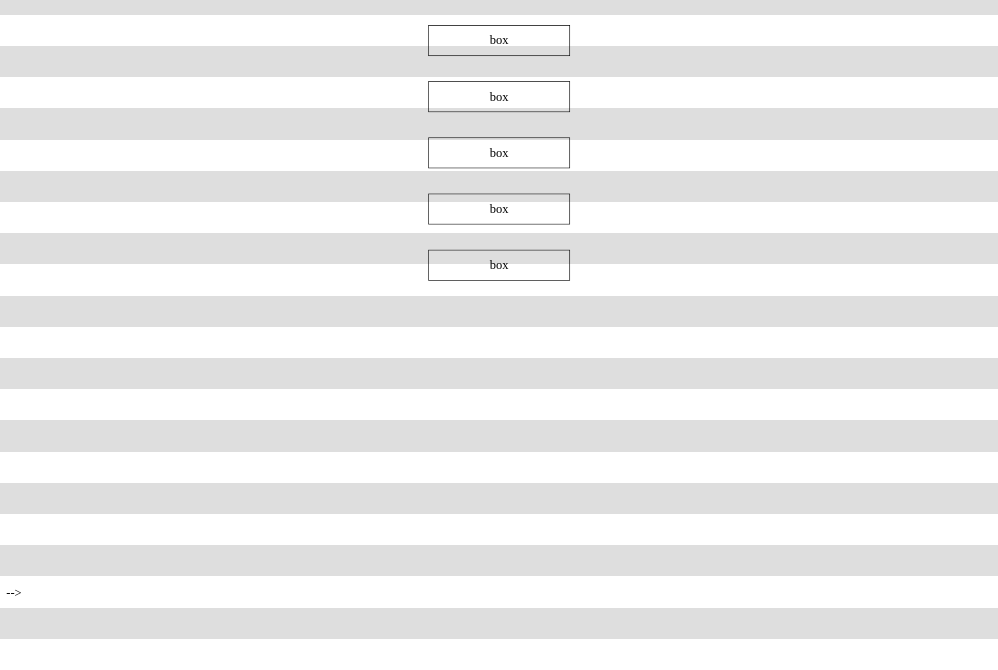
Repository: takahashi19/T2
Page: add-animation/index.html
The author's editor kept a record of every edit. The page is drawn from the files as they stood at one moment, then again after the next edit.
The browser window is 1280 px wide. The pictures show the whole page, at 78% of full size.

Above is the page before.

### add-animation/index.html
<!DOCTYPE html>
<html lang="ja">
<head>
  <meta charset="utf-8">
  <title>Animate Test</title>
  <link rel="stylesheet" href="animate.css">
  <style>
  body {
    background: repeating-linear-gradient(
      0deg,
      #ffffff,
      #ffffff 40px,
      #dedede 40px,
      #dedede 80px
    );
  }
  .boxes {
    margin: 80vh auto;
  }
  .box {
    border: 1px solid #000;
    width: 10em;
    padding: 10px;
    margin: 2em auto;
    text-align: center;
  }

  .animated {
    opacity: 0;
  }

  </style>
</head>
<body>

  <div class="box animated">box</div>
    <div class="box animated">box</div>
    <div class="box animated">box</div>
    <div class="box animated">box</div>
    <div class="box animated">box</div>
    <div class="box animated">box</div>
    <div class="box animated">box</div>
    <div class="box animated">box</div>
    <div class="box animated">box</div>
    <div class="box animated">box</div>
  </div>
  -->
<h1 class="animated infinite bounce">テスト</h1>

  <script src="https://ajax.googleapis.com/ajax/libs/jquery/2.2.4/jquery.min.js"></script>
  <script src="jquery.waypoints.min.js"></script>
  <script src="main.js"></script></body>
</html>

### add-animation/main.js
$(document).ready(function() {
  // animatedクラスの付いた要素にwaypointを登録。readyはすぐ表示する意味
 $(".animated").waypoint({
    handler: function(direction) {
      // 要素が画面中央に来るとここが実行される
      if (direction === "down") { // 下方向のスクロール
        // イベント発生元の要素にfadeInUpクラスを付けることで
        // アニメーションを開始
        $(this.element).removeClass("fadeOutUp");
        $(this.element).addClass("fadeInUp");
          //this.destroy();
      }else if (direction === "up") {
        $(this.element).removeClass("fadeInUp");
        $(this.element).addClass("fadeOutUp");
      }
    },
    // 要素が画面中央に来たらhandlerを実行
   offset: "50%"
  });
});

Loaded but not shown: add-animation/animate.css (library); add-animation/jquery.waypoints.min.js (library)

After the next edit:
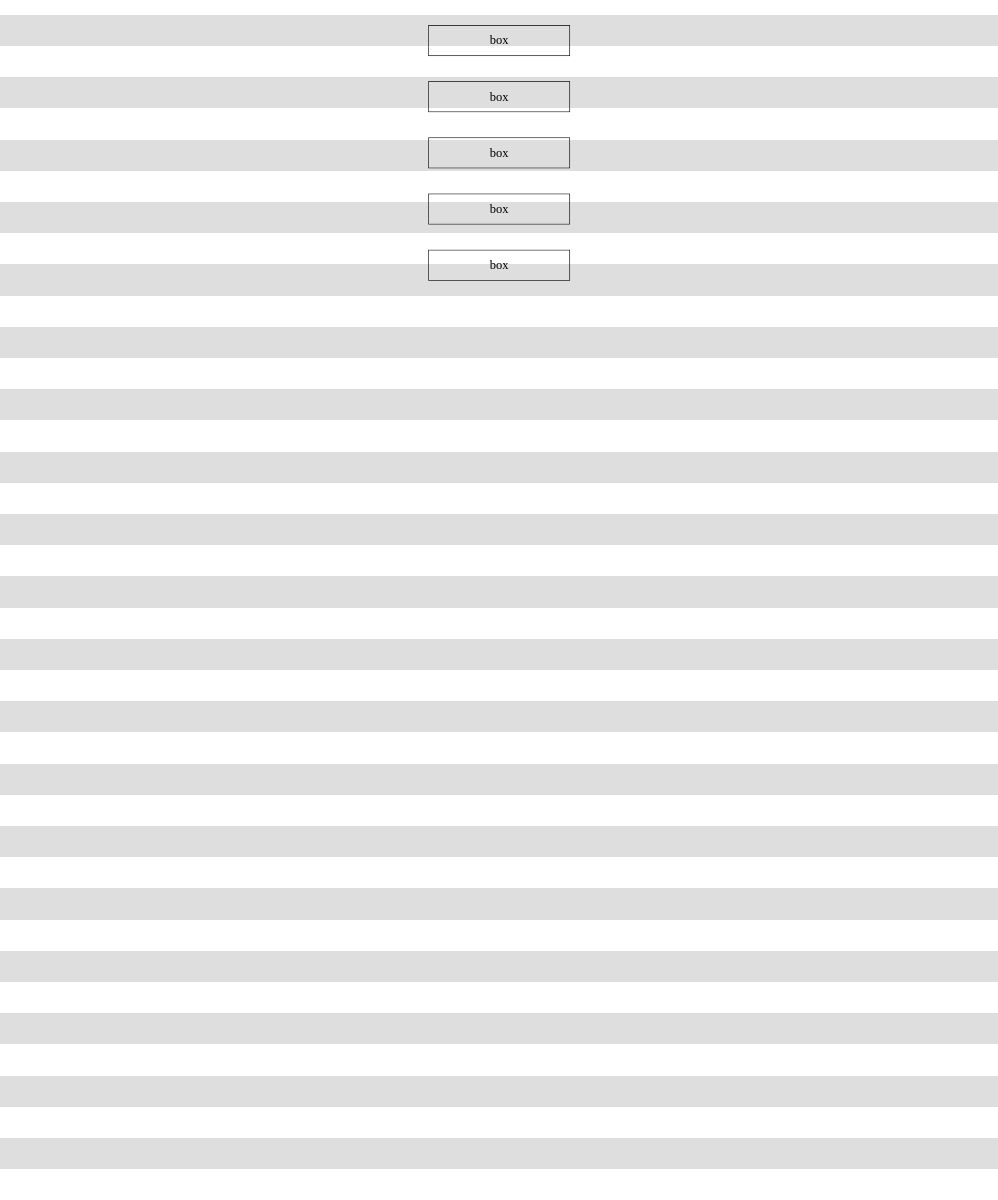
The edit:
--- a/add-animation/index.html
+++ b/add-animation/index.html
@@ -43,8 +43,17 @@
     <div class="box animated">box</div>
     <div class="box animated">box</div>
     <div class="box animated">box</div>
+    <div class="box animated">box</div>
+    <div class="box animated">box</div>
+    <div class="box animated">box</div>
+    <div class="box animated">box</div>
+    <div class="box animated">box</div>
+    <div class="box animated">box</div>
+    <div class="box animated">box</div>
+    <div class="box animated">box</div>
+    <div class="box animated">box</div>
+    <div class="box animated">box</div>
   </div>
-  -->
 <h1 class="animated infinite bounce">テスト</h1>
 
   <script src="https://ajax.googleapis.com/ajax/libs/jquery/2.2.4/jquery.min.js"></script>
